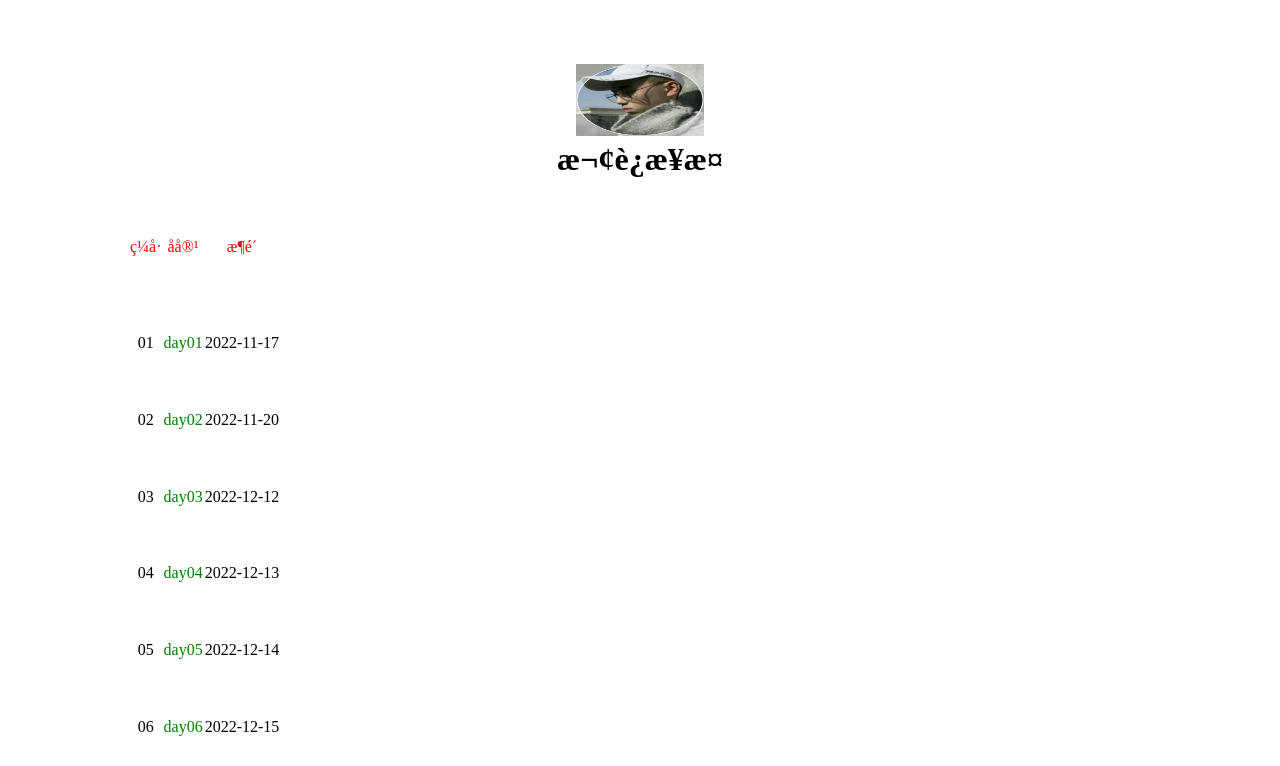
Repository: FengMo1314/JavaWeb
Page: http://localhost/JavaWeb_chen/
The author's editor kept a copy of each file at every save. The page is drawn from the files as they stood at one save, then again after the next save.
The browser window is 1280 px wide. The pictures show the whole page.
The page is served by Tomcat 10. Other server files are loaded and not shown.

Above is the page before, as saved 2022-11-19 15:04:14.

### JavaWeb&chen/src/main/webapp/index.jsp
<%@ page language="java" contentType="text/html; charset=UTF-8"
    pageEncoding="ISO-8859-1"%>
<html>
<head>
<meta charset="UTF-8">
<link rel="Shortcut Icon" href="imgs/index/favicon.ico" type="image/x-icon" />
<link rel="stylesheet" href="css/index/index.css">
<title>Liu He's private service</title>
</head>
<body>
	<div class="box">
		<img alt="完了" src="imgs/index/index.png">
		<h1>欢迎来此</h1>
		<form action="">
			<table>
			<tr align="center" style="color: red">
			<td>编号</td>
			<td>内容</td>
			<td>时间</td>
			</tr>
			<tr align="center">
			<td>01</td>
			<td><a href="day01">day01</a></td>
			<td>2022-11-17</td>
			</tr>
			<tr align="center">
			<td>02</td>
			<td><a href="day02">day02</a></td>
			<td>2022-11-20</td>
			</tr>
			<tr align="center">
			<td>03</td>
			<td><a href="day03">day03</a></td>
			<td>2022-12-12</td>
			</tr>
			<tr align="center">
			<td>04</td>
			<td><a href="day04">day04</a></td>
			<td>2022-12-13</td>
			</tr>
			<tr align="center">
			<td>05</td>
			<td><a href="day05">day05</a></td>
			<td>2022-12-14</td>
			</tr>
			<tr align="center">
			<td>06</td>
			<td><a href="day06">day06</a></td>
			<td>2022-12-15</td>
			</tr>
			</table>
		</form>
	</div>
</body>
</html>

### JavaWeb&chen/src/main/webapp/css/index/index.css
@charset "UTF-8";
*{
	margin: 0;
	padding: 0

}
.box{
	width: 100%;
	height: 100%;
}
img{
	width: 10%;
	height: 10%;
	margin: 5% 45% 0 45%;
}
h1{
	text-align: center;
}
table {
	height: 80%;
	padding: 0 10% 0 10%;
}
a {
	color:green;
	text-decoration: none;
}

After the next save:
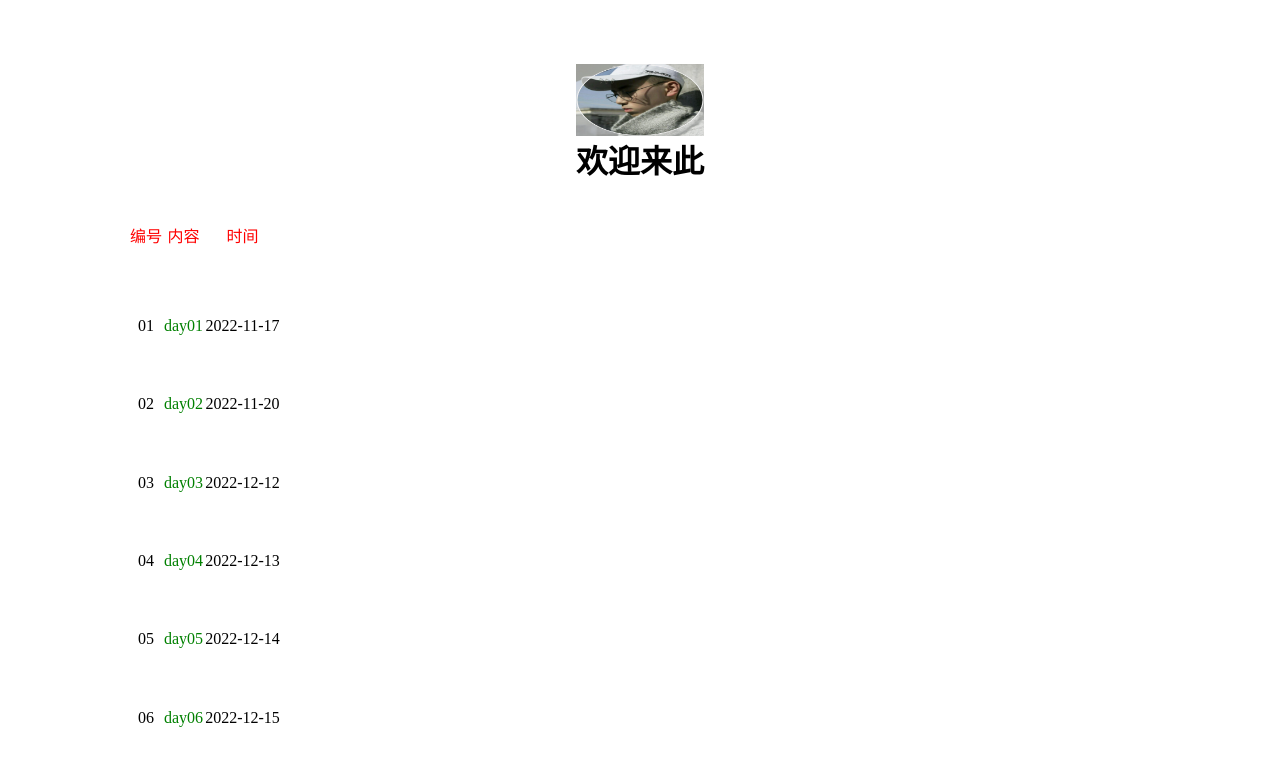
Saved 22 s later.
--- a/JavaWeb&chen/src/main/webapp/index.jsp
+++ b/JavaWeb&chen/src/main/webapp/index.jsp
@@ -1,5 +1,5 @@
 <%@ page language="java" contentType="text/html; charset=UTF-8"
-    pageEncoding="ISO-8859-1"%>
+    pageEncoding="UTF-8"%>
 <html>
 <head>
 <meta charset="UTF-8">
